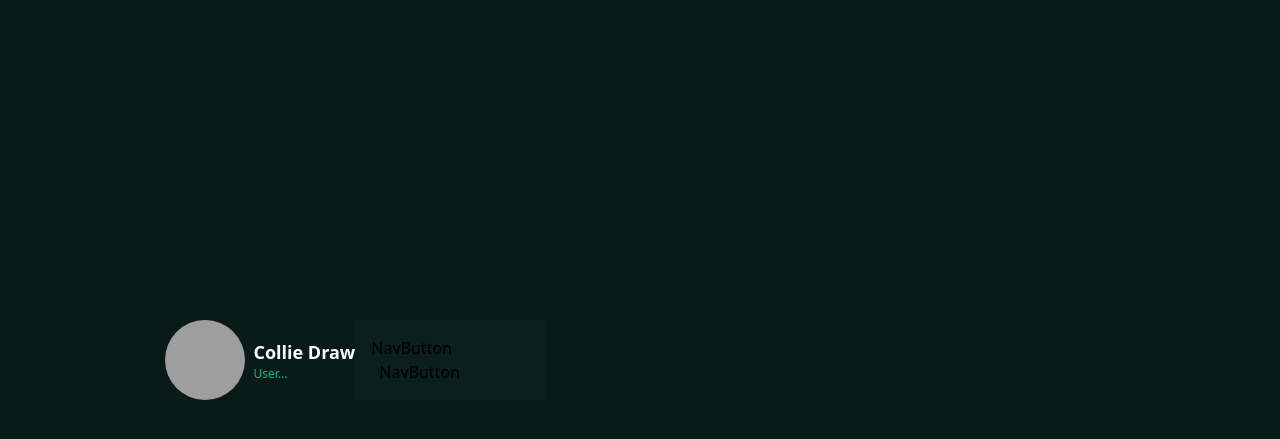
Repository: dcolind/BlockChain-Lotto
Page: /
An editor plug-in stored every save of this project. The page is shown before and after the next save, followed by the edit.
The browser window is 1280 px wide. The pictures show the whole page.
Pictures or frames that could not be fetched are drawn as grey boxes. The project was rebuilt for these pictures with package versions that can differ from the ones it lists, and the page was loaded fresh each time. The framework's server and built-in components were replaced by stand-ins that run in the browser. Also part of the build but not shown: next.config.js.

Above is the page before, as saved 2022-08-30 11:33:42.

After the next save:
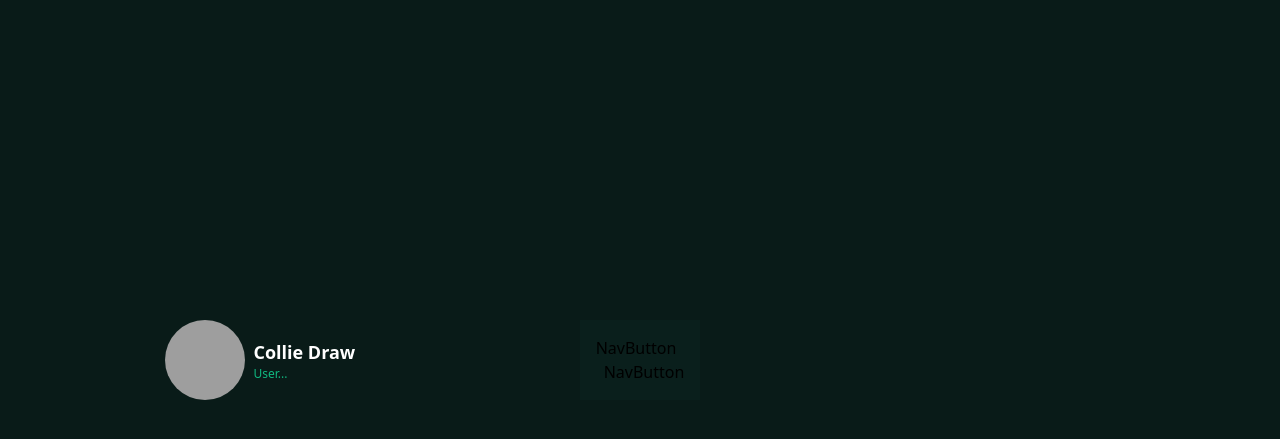
Saved 14 s later.
--- a/components/Header.tsx
+++ b/components/Header.tsx
@@ -15,7 +15,7 @@ function Header() {
         </div>
         </div>
 
-        <div className="">
+        <div className="hidden md:flex md:col-span-3 items-center  justify-center rounded-md">
             <div className="bg-[#0A1F1C] p-4 space-x-2">
             <NavButton/>
             <NavButton/>
